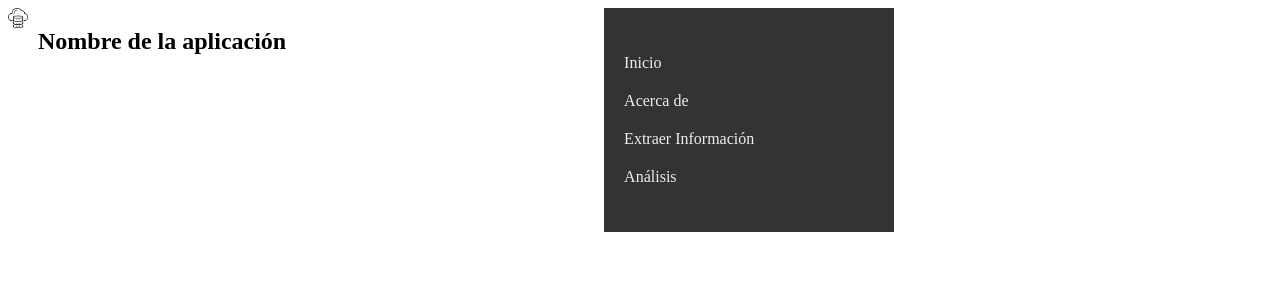
Repository: marcoBartolo55/data_analysis_app_-dev_project
Page: http://localhost/
These files come from the project's save history. The page is drawn as it stood at one moment and after a run of saves; the edit follows.
The browser window is 1280 px wide. The pictures show the whole page.
The page is served by the project's application, run on Flask 3 (app/app.py).

Above is the page before, as saved 2025-10-19 22:41:00.

After the next 2 saves:
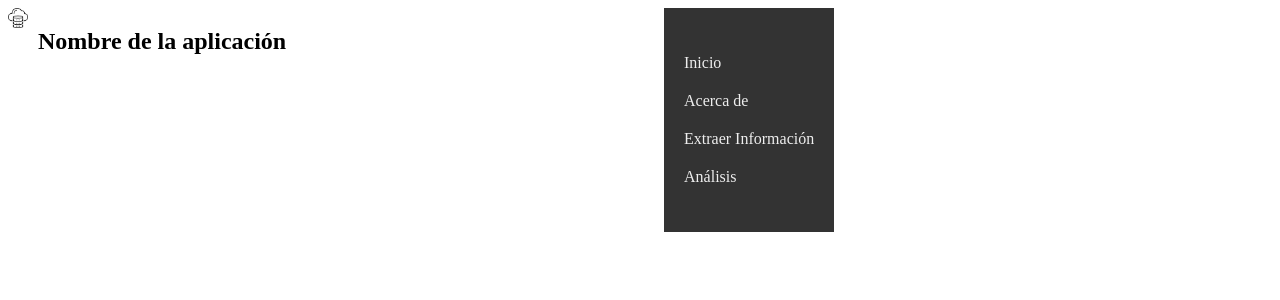
The 2 saves are shown as one change because they came seconds apart.
The last was saved 9 s later.
--- a/static/styles/index.css
+++ b/static/styles/index.css
@@ -6,11 +6,10 @@
 }
 
 .side-bar{
-
+    flex
     width: 250px;
 
     /* Evita que la barra se encoja si el contenido es muy grande */
-    flex-shrink: 0;
 
     background-color: #333;
     color: white;

After the save that followed:
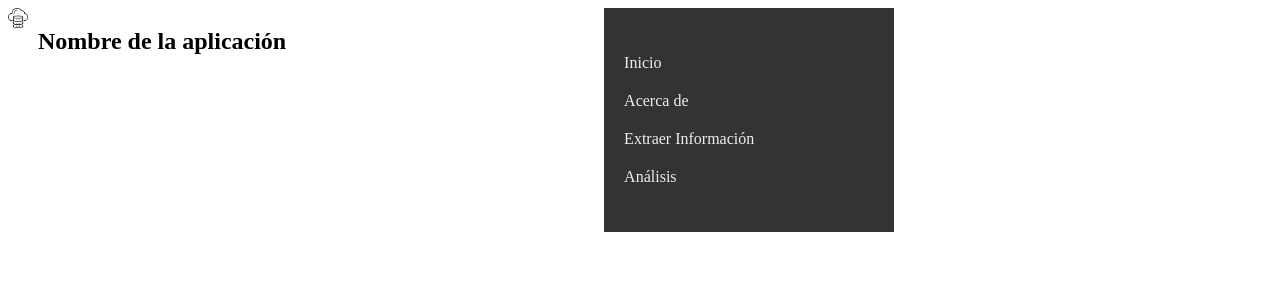
Saved 26 s later.
--- a/static/styles/index.css
+++ b/static/styles/index.css
@@ -6,7 +6,7 @@
 }
 
 .side-bar{
-    flex
+    flex-grow: ;
     width: 250px;
 
     /* Evita que la barra se encoja si el contenido es muy grande */
